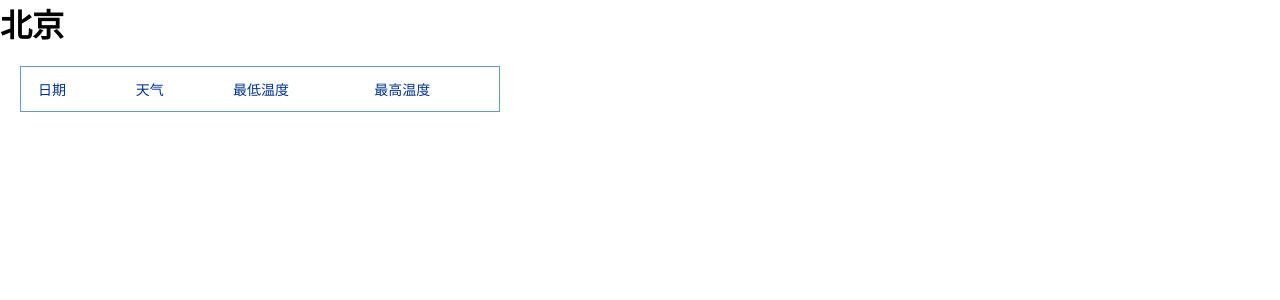
Repository: adjtyh/chrome_workspace
Page: html_sendMessage/popup.html
An editor plug-in stored every save of this project. The page is shown before and after the next save, followed by the edit.
The browser window is 1280 px wide. The pictures show the whole page.
The page's requests for data from a server got no answer.

Above is the page before, as saved 2017-03-05 05:22:46.

After the next save:
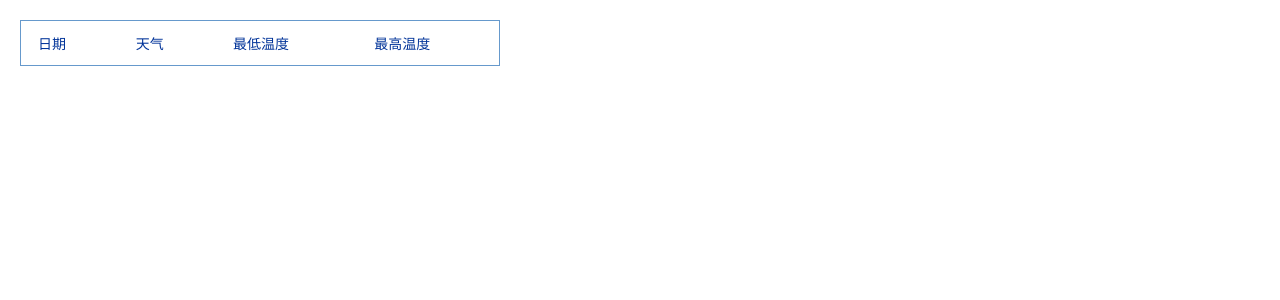
Console error: SyntaxError: Invalid or unexpected token
Saved 113 s later.
--- a/html_sendMessage/js/weather.js
+++ b/html_sendMessage/js/weather.js
@@ -52,7 +52,7 @@
 				+ data.getElementsByTagName("savedate_weather")[0].childNodes[0].nodeValue
 				+ '</td>';
 		table += '<td>'
-				+ data.getElementsByTagName("status1")[0].childNodes[0].nodeValue+','+ data.getElementsByTagName("status2")[0].childNodes[0].nodeValue
+				+ data.getElementsByTagName("status1")[0].childNodes[0].nodeValue"
 				+ '</td>';
 		table += '<td>'
 				+ data.getElementsByTagName("temperature2")[0].childNodes[0].nodeValue

After the save that followed:
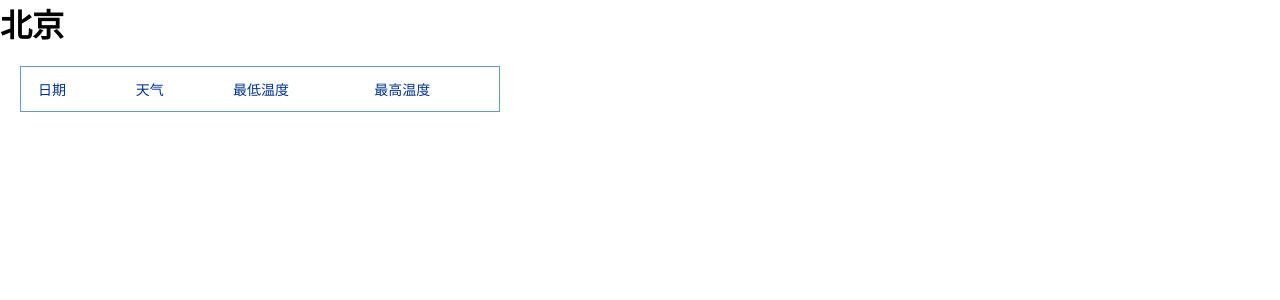
The error is gone.
Saved 18 s later.
--- a/html_sendMessage/js/weather.js
+++ b/html_sendMessage/js/weather.js
@@ -52,7 +52,7 @@
 				+ data.getElementsByTagName("savedate_weather")[0].childNodes[0].nodeValue
 				+ '</td>';
 		table += '<td>'
-				+ data.getElementsByTagName("status1")[0].childNodes[0].nodeValue"
+				+ data.getElementsByTagName("status1")[0].childNodes[0].nodeValue
 				+ '</td>';
 		table += '<td>'
 				+ data.getElementsByTagName("temperature2")[0].childNodes[0].nodeValue
